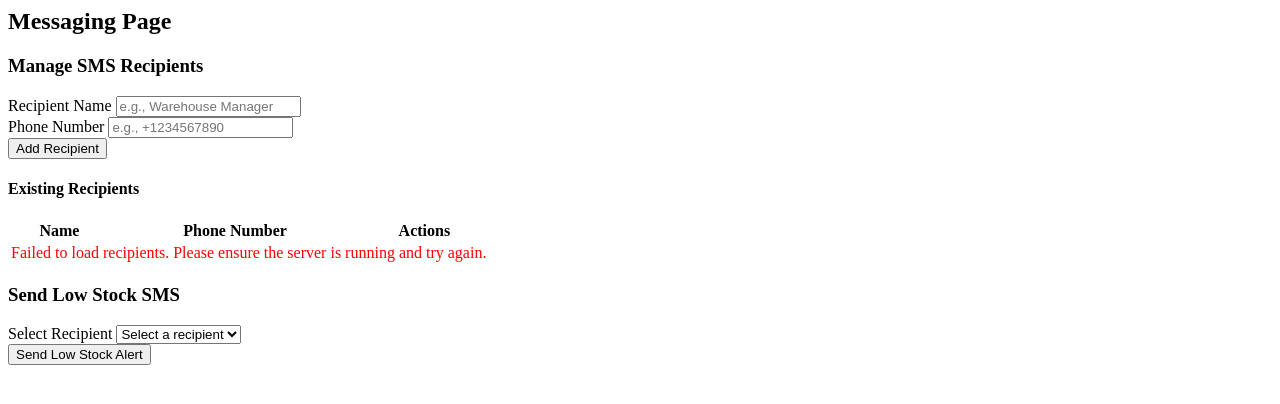
Repository: AdrianLeAsian/InventorySystem
Page: http://localhost/pages/messaging.php
An editor plug-in stored every save of this project. The page is shown before and after the next save, followed by the edit.
The browser window is 1280 px wide. The pictures show the whole page.
The page is run by PHP 8.4 with error messages shown; the project is at /var/www/html/.

Above is the page before, as saved 2025-07-16 11:59:54.

After the next save:
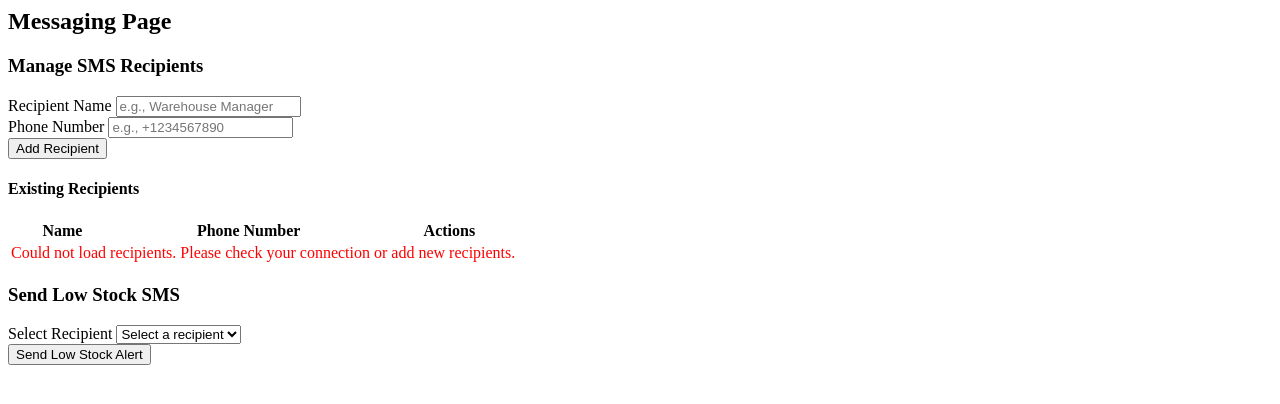
Saved 17 s later.
--- a/js/messaging.js
+++ b/js/messaging.js
@@ -134,7 +134,7 @@ document.addEventListener('DOMContentLoaded', function() {
             })
             .catch(error => {
                 console.error('Error loading recipients:', error);
-                recipientsTableBody.innerHTML = '<tr><td colspan="3" style="color: red;">Failed to load recipients. Please ensure the server is running and try again.</td></tr>';
+                recipientsTableBody.innerHTML = '<tr><td colspan="3" style="color: red;">Could not load recipients. Please check your connection or add new recipients.</td></tr>';
             });
     }
 
